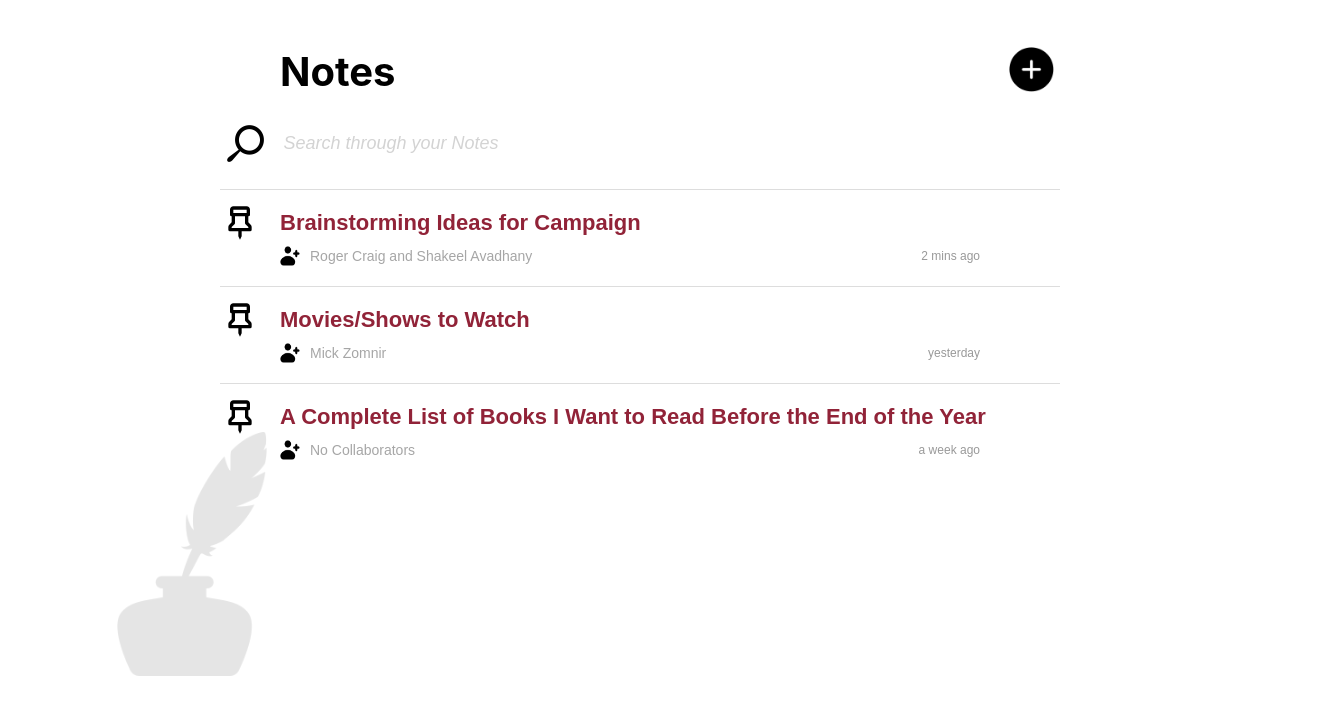
Repository: shabiasaeed/Notes-app
Page: /
An editor plug-in stored every save of this project. The page is shown before and after the next save, followed by the edit.
The browser window is 1280 px wide. The page is 1320 px wide, so the pictures cover 1320 px, including what lies to the right of the window. The pictures show the whole page.
The project was rebuilt for these pictures with package versions that can differ from the ones it lists, and the page was loaded fresh each time.

Above is the page before, as saved 2024-12-31 00:40:59.

After the next save:
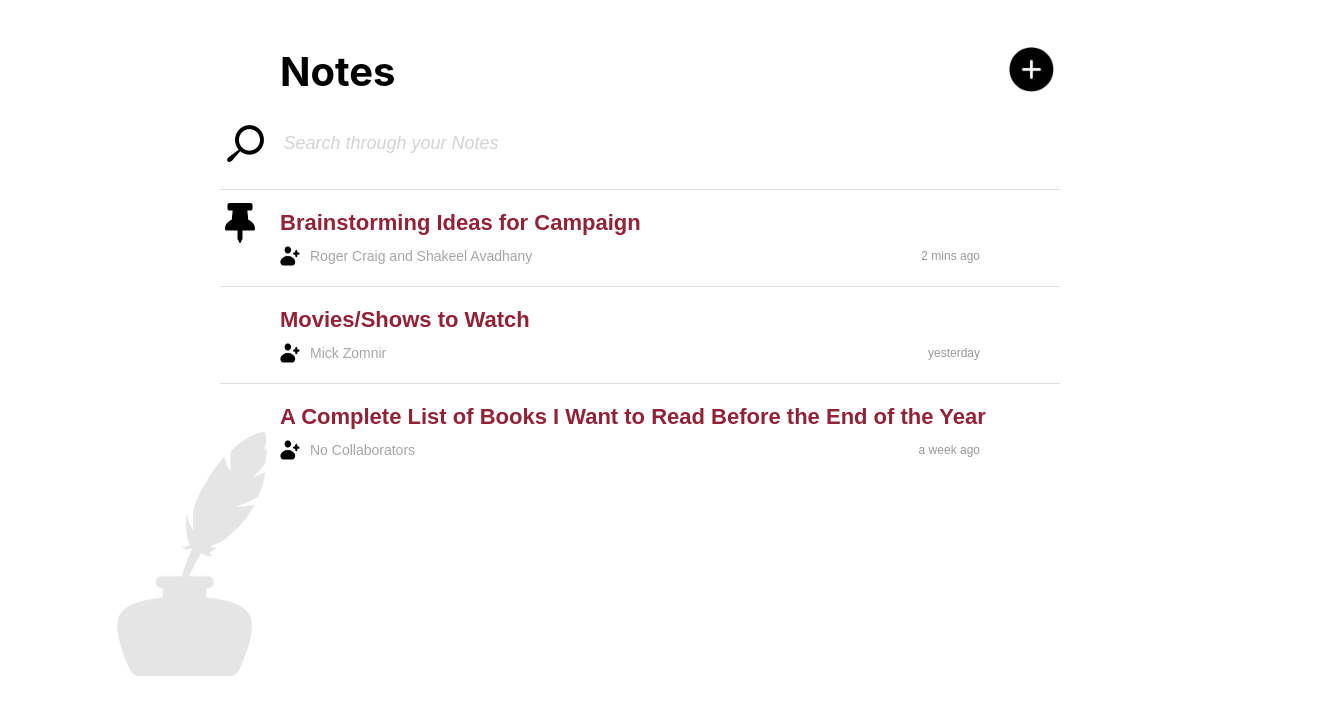
Saved 103 s later.
--- a/src/components/Note.js
+++ b/src/components/Note.js
@@ -4,7 +4,8 @@ import userIcon from '../assets/user-icon.png';
 import pinIconDark from '../assets/pin-icon-dark.png';
 import pinIconLight from '../assets/pin-icon-light.png';
 import { FiTrash } from 'react-icons/fi';
-import { BiPin} from 'react-icons/bi';
+import { FaThumbtack } from 'react-icons/fa'; // Filled thumbtack
+import { TbPinned } from 'react-icons/tb'; // Unfilled thumbtack
 
 //Component to handle the display of the note's section
 const Note = ({ title, author, time, pinned, onDelete, onPinToggle }) => {
@@ -14,10 +15,7 @@ const Note = ({ title, author, time, pinned, onDelete, onPinToggle }) => {
   return (
     <div className="note" onMouseEnter={() => setIsHovered(true)} onMouseLeave={() => setIsHovered(false)}>
       <div className={`note-header ${pinned ? 'pinned' : 'unpinned'}`}>
-      <BiPin
-          className={`pin-icon ${pinned ? 'pinned-icon' : ''}`}
-          onClick={() => onPinToggle(title)}
-        />
+      {pinned ? (<FaThumbtack className="pin-icon" onClick={() => onPinToggle(title)}/>) : (isHovered && (<TbPinned className="pin-icon" onClick={() => onPinToggle(title)}/>))}
         <h2>{title}</h2>
         {isHovered && (<FiTrash className="delete-icon" onClick={() => onDelete(title)}/>)}
       </div>
